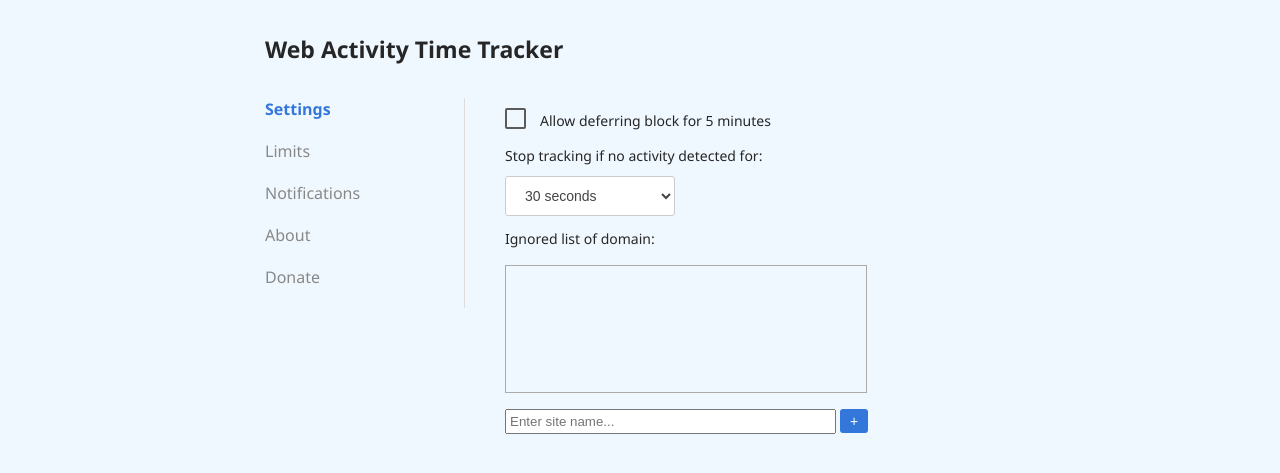
Repository: Inakhoyan/Lab-Project
Page: options.html
The author's editor kept a copy of each file at every save. The page is drawn from the files as they stood at one save, then again after the next save.
The browser window is 1280 px wide. The pictures show the whole page.

Above is the page before, as saved 2022-11-19 00:59:34.
Console error: TypeError: Cannot read properties of null (reading 'addEventListener')

After the next save:
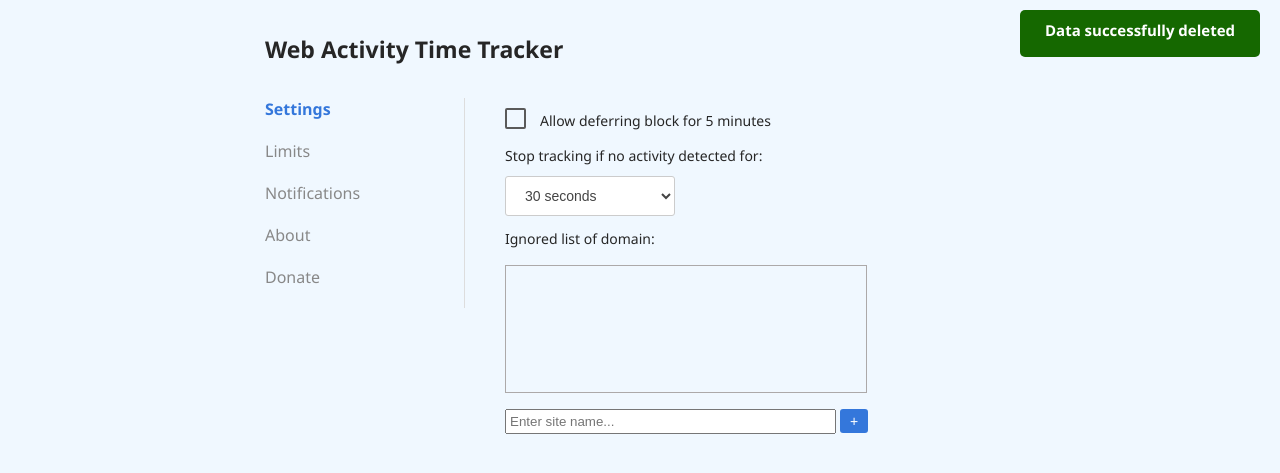
Saved 67 s later.
--- a/options.html
+++ b/options.html
@@ -86,7 +86,7 @@
 
                         </div>
 
-                        <div class="notify" id="notify" hidden="">
+                        <div class="notify" id="notify" >
                             Data successfully deleted
                         </div>
                     </div>

After the save that followed:
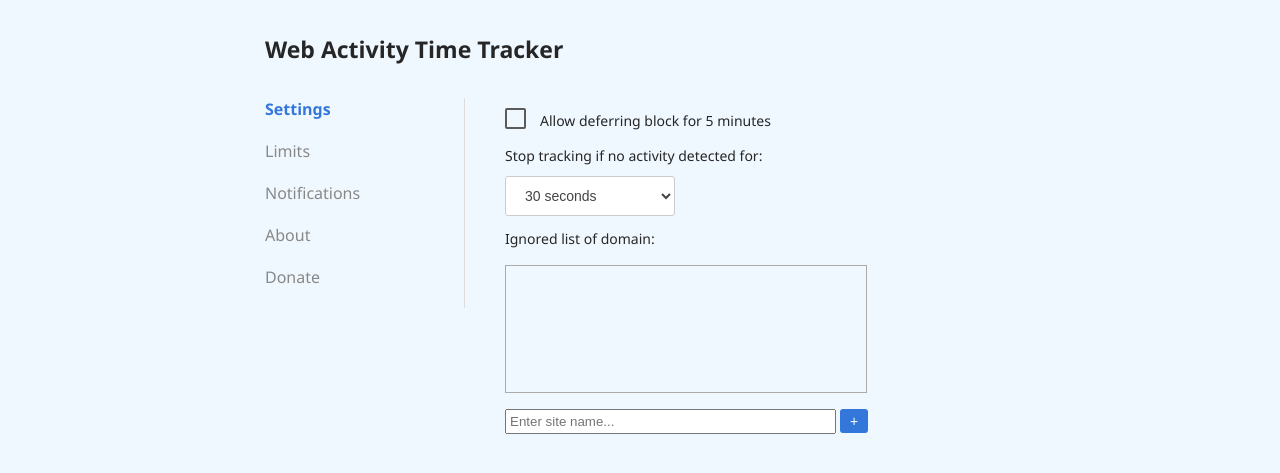
Saved 9 s later.
--- a/options.html
+++ b/options.html
@@ -86,7 +86,7 @@
 
                         </div>
 
-                        <div class="notify" id="notify" >
+                        <div class="notify" id="notify" hidden="">
                             Data successfully deleted
                         </div>
                     </div>
